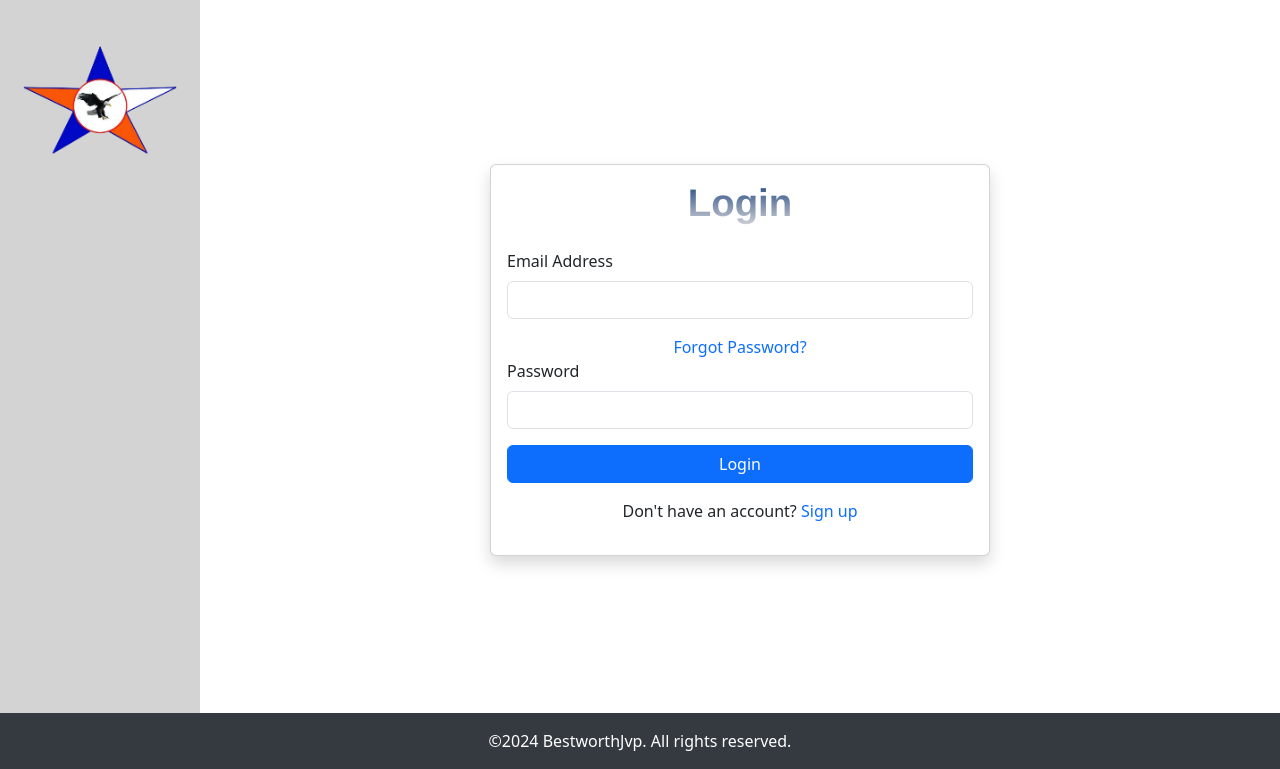
Repository: OVictor21/inventory
Page: /Login
An editor plug-in stored every save of this project. The page is shown before and after the next save, followed by the edit.
The browser window is 1280 px wide. The pictures show the whole page.
The project was rebuilt for these pictures with package versions that can differ from the ones it lists, and the page was loaded fresh each time. Also part of the build but not shown: src/components/signup.jsx, src/components/reset1.jsx, src/components/reset2.jsx.

Above is the page before, as saved 2024-12-15 15:18:51.

### src/index.css

.logo {
  background-size: cover;
  background-repeat: no-repeat;
  background-position: center;
  height: auto;
  width:9rem ;
}

.sign-in{
  width: 40vw;
  height: 65vw;
  left: 45vw;
  top: -10vw;
  overflow: hidden;
}

.login {
  display: flex;
  flex-direction: column;
  min-height: 100vh;
  overflow: hidden;

}

.nav-body {
  flex-grow: 1;
  background-color: #D3D3D3;
  width: 35vw;
  height: 65vw;
}

.text{
  top: 5vw;
  left: 6vw;
  background: linear-gradient(180deg, rgb(51, 85, 136) 13.5%, rgb(206, 208, 214) 100%);
  -webkit-background-clip: text !important;
  background-clip: text;
  -webkit-text-fill-color: transparent;
  text-fill-color: transparent;
  font-family: "Montserrat-Bold", Helvetica;
  font-weight: 700;
  color: transparent;
  font-size: 4vw;
  letter-spacing: 0;
  line-height: normal;
}



.text-wrapper-8 {
  background: linear-gradient(180deg, rgb(51, 85, 136) 13.5%, rgb(206, 208, 214) 100%);
  -webkit-background-clip: text !important;
  background-clip: text;
  -webkit-text-fill-color: transparent;
  text-fill-color: transparent;
  font-family: "Montserrat-Bold", Helvetica;
  font-weight: 600;
  color: transparent;
  font-size: 2vw;
  letter-spacing: 0;
  line-height: normal;
  top: 13vw;
  left: 6vw;
}

.email-text{
  font-size: 1.2vw;

}

.email{
  top: 17vw;
  left: 6vw;
}

.email-in{
  top: 23vw;
  left: 6vw;
  width: 80%;
  max-width: 80%;
  height: 5%;
}

.pass{
  top: 27vw;
  left: 6vw;
}

.pass-in{
  top: 33vw;
  left: 6vw;
  width: 80%;
  max-width: 80%;
  height: 5%;

}

.text-wrapper-7{
  font-family: "Montserrat-Regular", Helvetica;
  font-weight: 400;
  color: #00000061;
  font-size: 1.3vw;
  letter-spacing: 0;
  line-height: normal;
  top: 30vw;
  text-decoration: none;
  right: 2vw;
}



.sign-btn{
  background: linear-gradient(180deg, rgb(51, 85, 136) 93.5%, rgb(206, 208, 214) 97%);
  font-family: "Montserrat-Bold", Helvetica;
  font-weight: 700;
  font-size: 1.5rem;
  letter-spacing: 0;
  line-height: normal;
  width: 80%;
  height: 3rem;
  top: 42vw;
  left: 6vw;
  /* box-shadow: 0px 22px 75px #00000040; */
}


.acct{
  font-family: "Montserrat-Regular", Helvetica;
  font-weight: 700;
  color: #000000;
  font-size: 1.5vw;
  letter-spacing: 0;
  line-height: normal;
  top: 52vw;
  left: 6vw;
}

.acct-1{
  font-family: "Montserrat-Bold", Helvetica;
  font-weight: 700;
  color: rgb(51, 85, 136);
  font-size: 1.5vw;
  text-decoration: none;
  letter-spacing: 0;
  line-height: normal;
  top: 52vw;
  right: 3vw;
}



.pass-text{
font-size: 1.2vw;
}
.footer-body {
  background-color: #343a40; /* Example background color */
  text-align: center;
  padding: 1rem 0;
  margin-top: auto; /* Pushes the footer to the bottom */
}



.side{
  background-color: #D3D3D3;
}
.footers{
  top: 99vh;
  right: 0vw;
  background-color: #343a40;
}

.signuptext{
  top: 5vw;
  left: 6vw;
  background: linear-gradient(180deg, rgb(51, 85, 136) 13.5%, rgb(206, 208, 214) 100%);
  -webkit-background-clip: text !important;
  background-clip: text;
  -webkit-text-fill-color: transparent;
  text-fill-color: transparent;
  font-family: "Montserrat-Bold", Helvetica;
  font-weight: 700;
  color: transparent;
  font-size: 3vw;
  letter-spacing: 0;
  line-height: normal;
}

### src/App.js
// import Navbar from './components/navbar';
import 'bootstrap/dist/css/bootstrap.min.css';
import { BrowserRouter as Router, Route, Routes } from "react-router-dom";
// import Home from "./components/home";
import Login from "./components/login";
import Signup from './components/signup';
import Reset1 from './components/reset1';
import Reset2 from './components/reset2';



function App() {
  return (
    <div className="App">
      <Router>
      <Routes>
        {/* <Route path="/" element={<Navbar />} /> */}
        <Route path="/Login" element={<Login />} />
        <Route path="/Signup" element={<Signup/>} />
        <Route path='/Reset1' element={<Reset1/>} />
        <Route path='/Reset2' element={<Reset2 />} />
      </Routes>
    </Router>
    </div>
  );
}

export default App;

### src/components/login.jsx
const Login = () => {
  return (
    <div className="d-flex">
      {/* Sidebar with Logo */}
      <div className="side text-white d-flex flex-column align-items-center p-3 vh-100" style={{ width: '200px' }}>
        <a href="/" className="d-block mb-4">
          <img
            src="./logo.png" // Replace with your actual logo URL
            alt="Logo"
            className="img-fluid"
          />
        </a>
      </div>

      {/* Main Content Area with Sign-Up Form */}
      <div className="flex-grow-1 d-flex flex-column justify-content-center align-items-center p-4">
        <div className="card shadow p-3" style={{ maxWidth: '500px', width: '100%' }}>
          <h3 className="text-center mb-4 signuptext">Login</h3>
          <form>
            <div className="mb-3">
              <label htmlFor="email" className="form-label">
                Email Address
              </label>
              <input type="email" className="form-control" id="email" required />
            </div>
            <div className="text-center mt-3">
          <a href="/forgot-password" className="text-decoration-none">
      Forgot Password?
    </a>
  </div>
            <div className="mb-3">
              <label htmlFor="password" className="form-label">
                Password
              </label>
              <input type="password" className="form-control" id="password" required />
            </div>
            <div className="d-grid">
              <button type="submit" className="btn btn-primary">
                Login
              </button>
            </div>

            <div className="text-center mt-3 ">
    <p>Don't have an account?{' '}<a href="/Signup" className="text-decoration-none">Sign up</a></p>
  </div>

          </form>
        </div>

        {/* Footer */}
        <footer className="mt-auto text-center py-3 w-100 position-absolute footers text-white ">
          <p className="mb-0">&copy;2024 BestworthJvp. All rights reserved.</p>

        </footer>
      </div>
    </div>
  );
};

export default Login;

Loaded but not shown: public/index.html (common file); src/index.js (common file); src/reportWebVitals.js (common file)

After the next save:
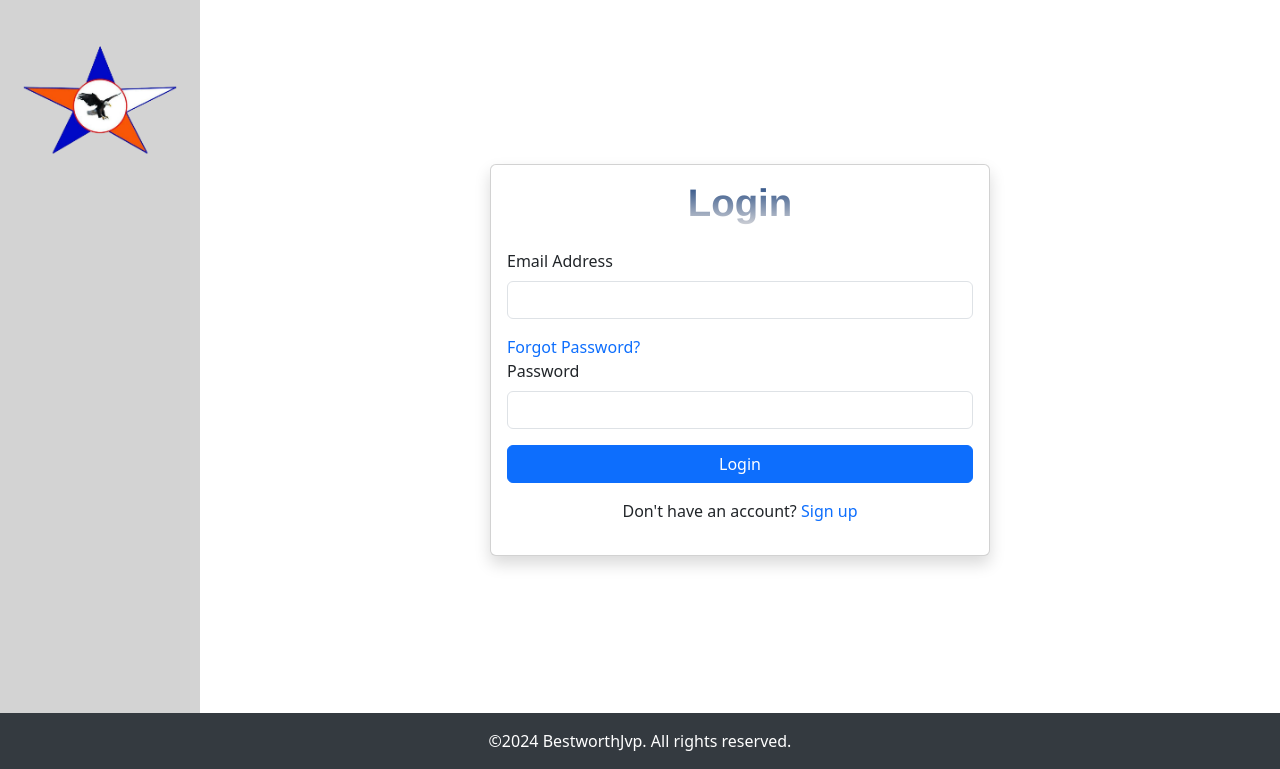
Saved 10 s later.
--- a/src/components/login.jsx
+++ b/src/components/login.jsx
@@ -23,7 +23,7 @@ const Login = () => {
               </label>
               <input type="email" className="form-control" id="email" required />
             </div>
-            <div className="text-center mt-3">
+            <div className="mt-3">
           <a href="/forgot-password" className="text-decoration-none">
       Forgot Password?
     </a>
